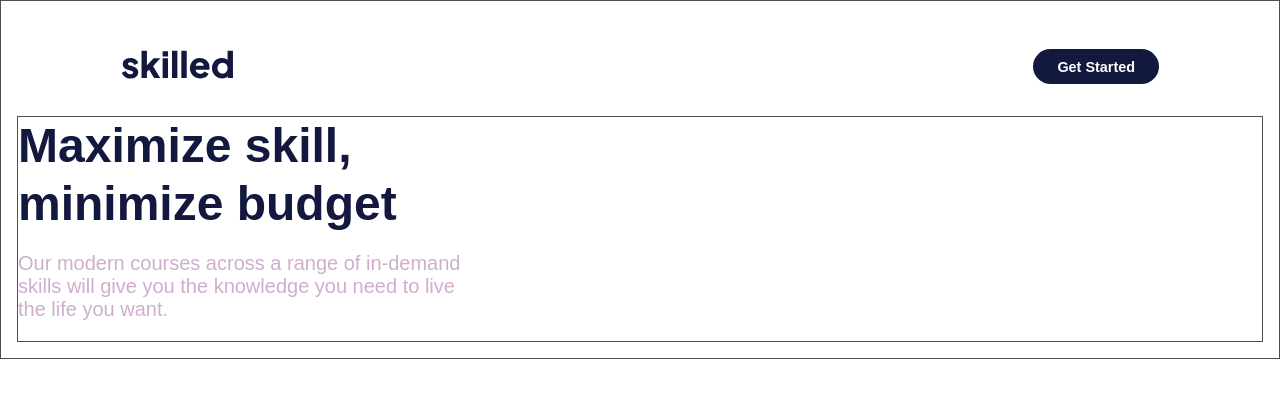
Repository: exe-walt/E-Learning-Landing-Page
Page: index.html
These files come from the project's save history. The page is drawn as it stood at one moment and after the next save; the edit follows.
The browser window is 1280 px wide. The pictures show the whole page.
Some web fonts or font styles are not loaded; a fallback is used.

Above is the page before, as saved 2025-05-27 20:29:30.

### index.html
<!DOCTYPE html>
<html lang="en">
<head>
  <meta charset="UTF-8">
  <meta name="viewport" content="width=device-width, initial-scale=1.0">
  <title>Skilled E-Learning Page</title>
  <link rel="stylesheet" href="css/style.css">
  <link href="https://fonts.cdnfonts.com/css/plus-jakarta-sans" rel="stylesheet">
</head>
<body>
  <div class="content-container">
    <nav>
      <div class="navbar">
        <ul>
          <li id="logo">
            <img src="img/skilled-logo.svg" alt="logo">
          </li>
          <li class="navbar-button">
            <button>Get Started</button>
          </li>
        </ul>
      </div>
    </nav>

    <section class="hero-section">
      <div class="hero-text">
        <h1>Maximize skill, <br>minimize budget</h1>

        <p>
          Our modern courses across a range of in-demand <br> skills will give you the knowledge you need to live <br> the life you want.
        </p>
      </div>
    </section>
  </div>

</body>
</html>

### css/style.css
* {
  font-family: "Plus Jakarta Sans", sans-serif;
}
body {
  margin: 0;
  display: flex;
  justify-content: center;
  align-items: center;
}

.content-container {
  background-color: #ffffff;
  max-width: 100%;
  width: 100%;
  height: auto;
  padding: 1em;
  border: 1px solid #4f4f4f;
}

.navbar {
  display: flex;
  justify-content: space-between;
  align-items: center;
  padding: 2rem 2.5rem;
  background-color: white;
  margin-left: 4em;
  margin-right: 4em;
}

.navbar ul {
  display: flex;
  align-items: center;
  justify-content: space-between;
  width: 100%;
  list-style: none;
  margin: 0;
  padding: 0;
}

.logo img {
  height: 1.75rem;
  width: auto;
}

.navbar-button button {
  background-color: #13183F;
  color: white;
  border: none;
  border-radius: 999px;
  padding: 0.6rem 1.5rem;
  font-weight: 600;
  font-size: 0.9rem;
  cursor: pointer;
  transition: background-color 0.3s ease;
}

.navbar-button button:hover {
  background-color: #666ca3;
}

.hero-section{
  border: 1px solid #4f4f4f;
  display: flex;
}

.hero-section h1 {
  font-family: 'Plus Jakarta Sans', sans-serif;
  font-weight: 800; /* ExtraBold */
  font-size: 3rem;
  line-height: 1.2;
  color: #13183F;
  margin: 0;
}

section .hero-text p{
  font-family: 'Plus Jakarta Sans', sans-serif;
  font-weight: 500; /* Regular */
  font-size: 1.25rem;
  color: #8386;
}

After the next save:
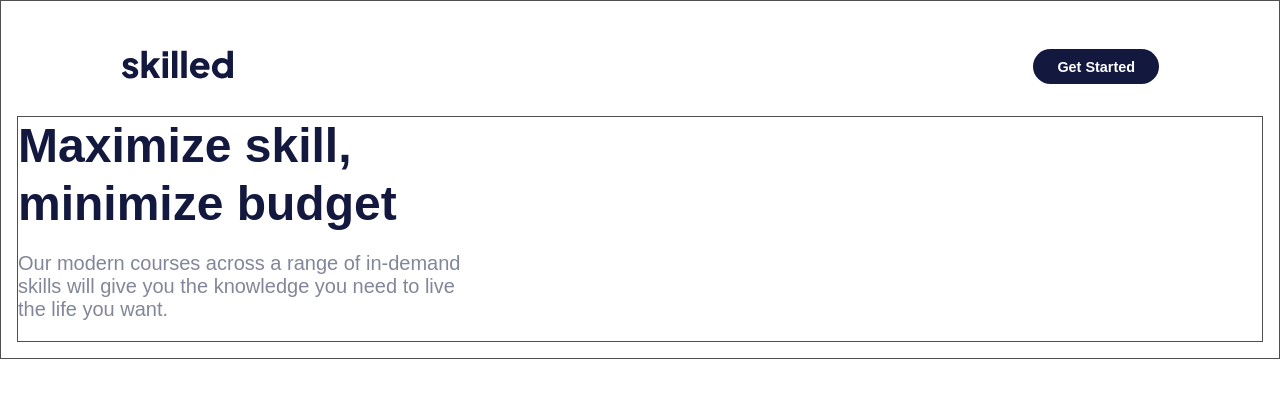
Saved 4 s later.
--- a/css/style.css
+++ b/css/style.css
@@ -76,5 +76,5 @@ section .hero-text p{
   font-family: 'Plus Jakarta Sans', sans-serif;
   font-weight: 500; /* Regular */
   font-size: 1.25rem;
-  color: #8386;
+  color: #83869a;
 }
